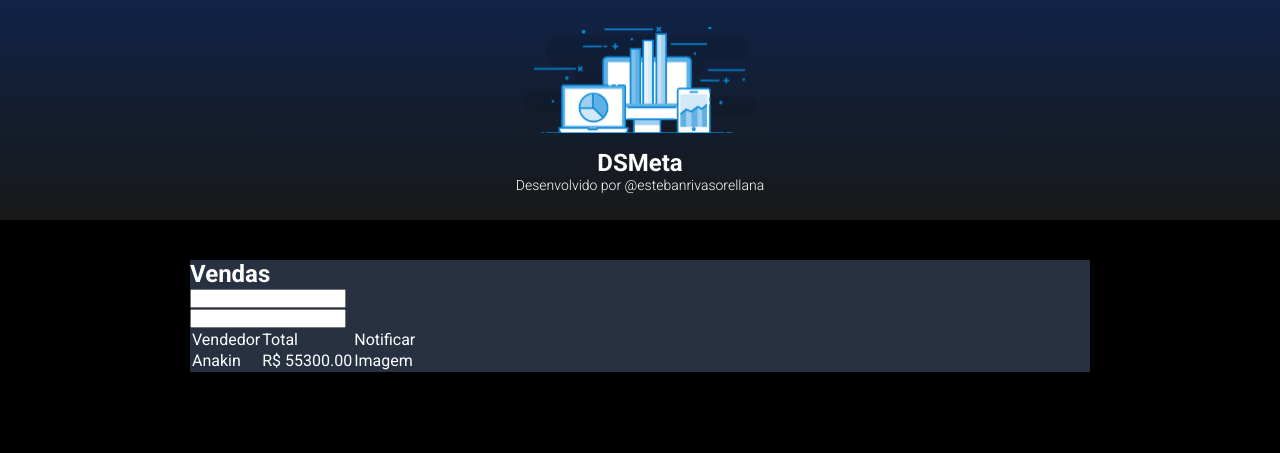
Repository: estebanrivas/dsmeta-css
Page: index.html
These files come from the project's save history. The page is drawn as it stood at one moment and after a run of saves; the edit follows.
The browser window is 1280 px wide. The pictures show the whole page.

Above is the page before, as saved 2022-09-08 21:38:02.

After the next 3 saves:
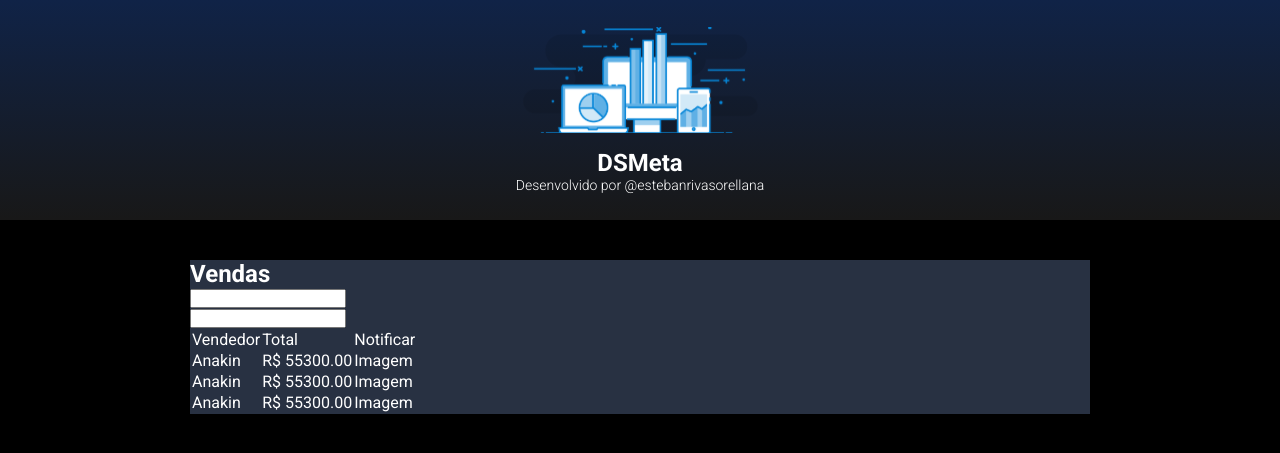
The 3 saves are shown as one change because they came seconds apart.
The last was saved 13 s later.
--- a/index.html
+++ b/index.html
@@ -51,6 +51,16 @@
                                     <td>R$ 55300.00</td>
                                     <td>Imagem</td>
                                 </tr>
+                                <tr>
+                                    <td>Anakin</td>
+                                    <td>R$ 55300.00</td>
+                                    <td>Imagem</td>
+                                </tr>
+                                <tr>
+                                    <td>Anakin</td>
+                                    <td>R$ 55300.00</td>
+                                    <td>Imagem</td>
+                                </tr>
                             </tbody>
                         </table>
                     </div>
